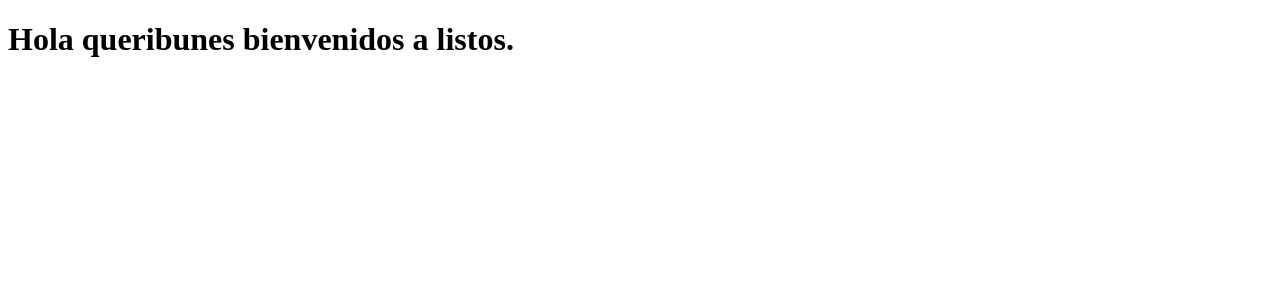
Repository: maumontanez/Myweb
Page: web.html
An editor plug-in stored every save of this project. The page is shown before and after the next save, followed by the edit.
The browser window is 1280 px wide. The pictures show the whole page.

Above is the page before, as saved 2025-05-15 23:58:36.

After the next save:
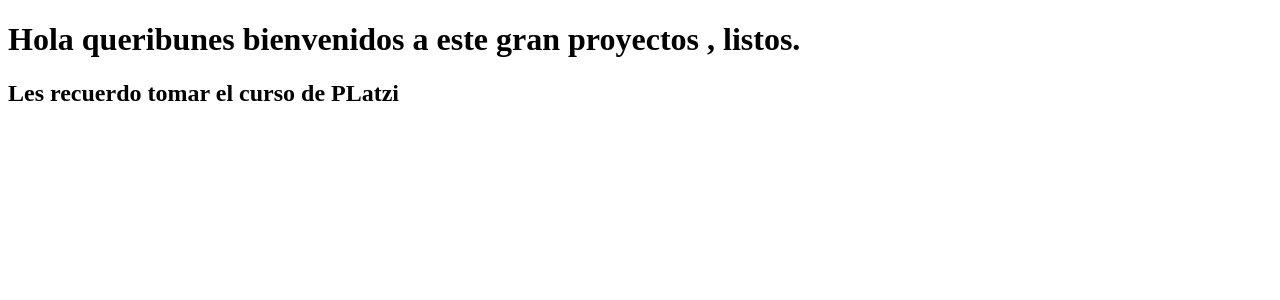
Saved 3 days later.
--- a/web.html
+++ b/web.html
@@ -6,8 +6,11 @@
     <body>
         <div>
             <h1>
-                Hola queribunes bienvenidos a listos.
+                Hola queribunes bienvenidos a este gran proyectos , listos.
             </h1>
+            <h2>
+                Les recuerdo tomar el curso de PLatzi
+            </h2>
         </div>
     </body>
 </html>
